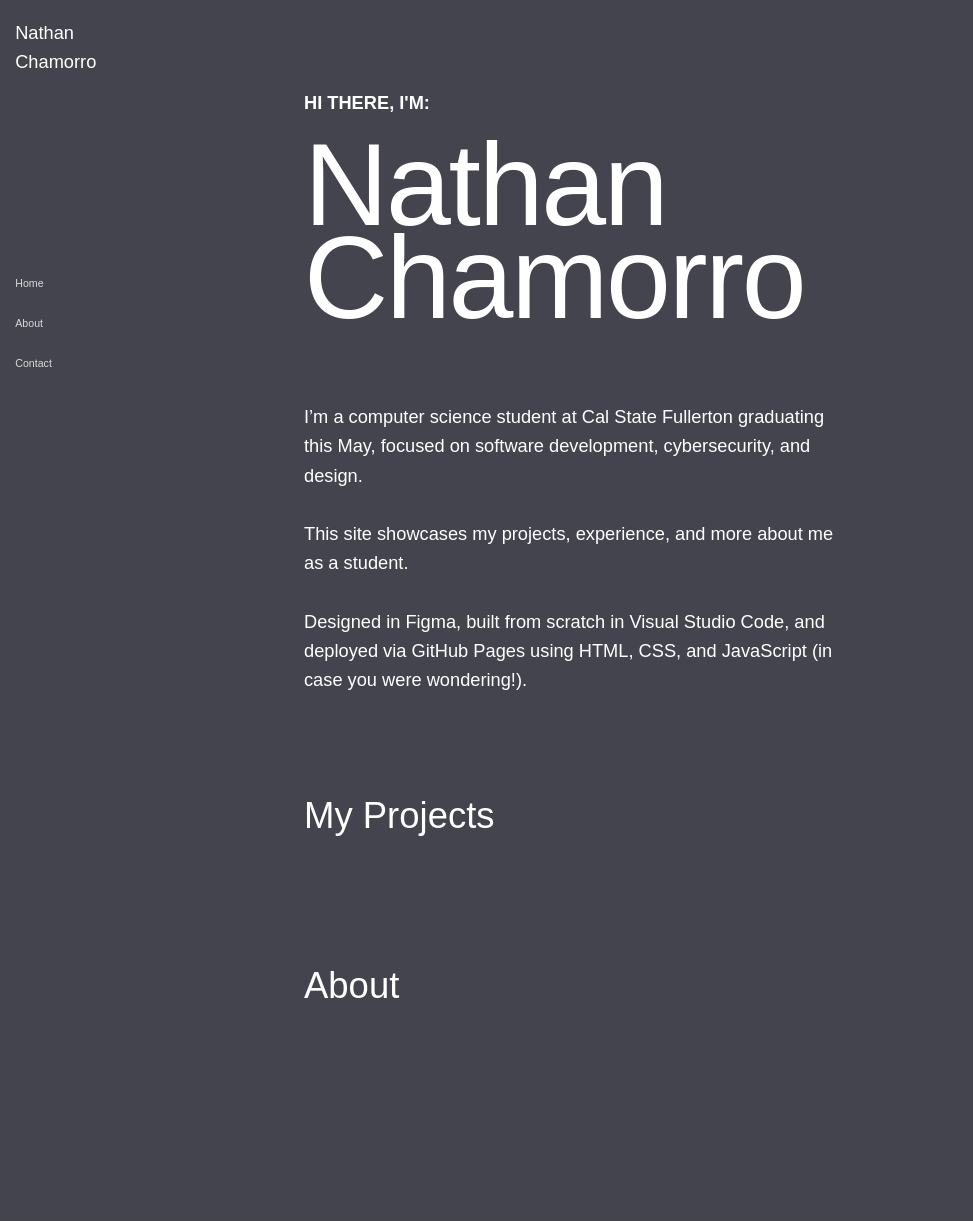
Repository: nathanchamorro1/nathanchamorro1.github.io
Page: index.html
An editor plug-in stored every save of this project. The page is shown before and after the next save, followed by the edit.
The browser window is 1280 px wide. The pictures show the whole page, at 76% of full size.
Some web fonts or font styles are not loaded; a fallback is used.

Above is the page before, as saved 2026-02-17 21:56:45.

After the next save:
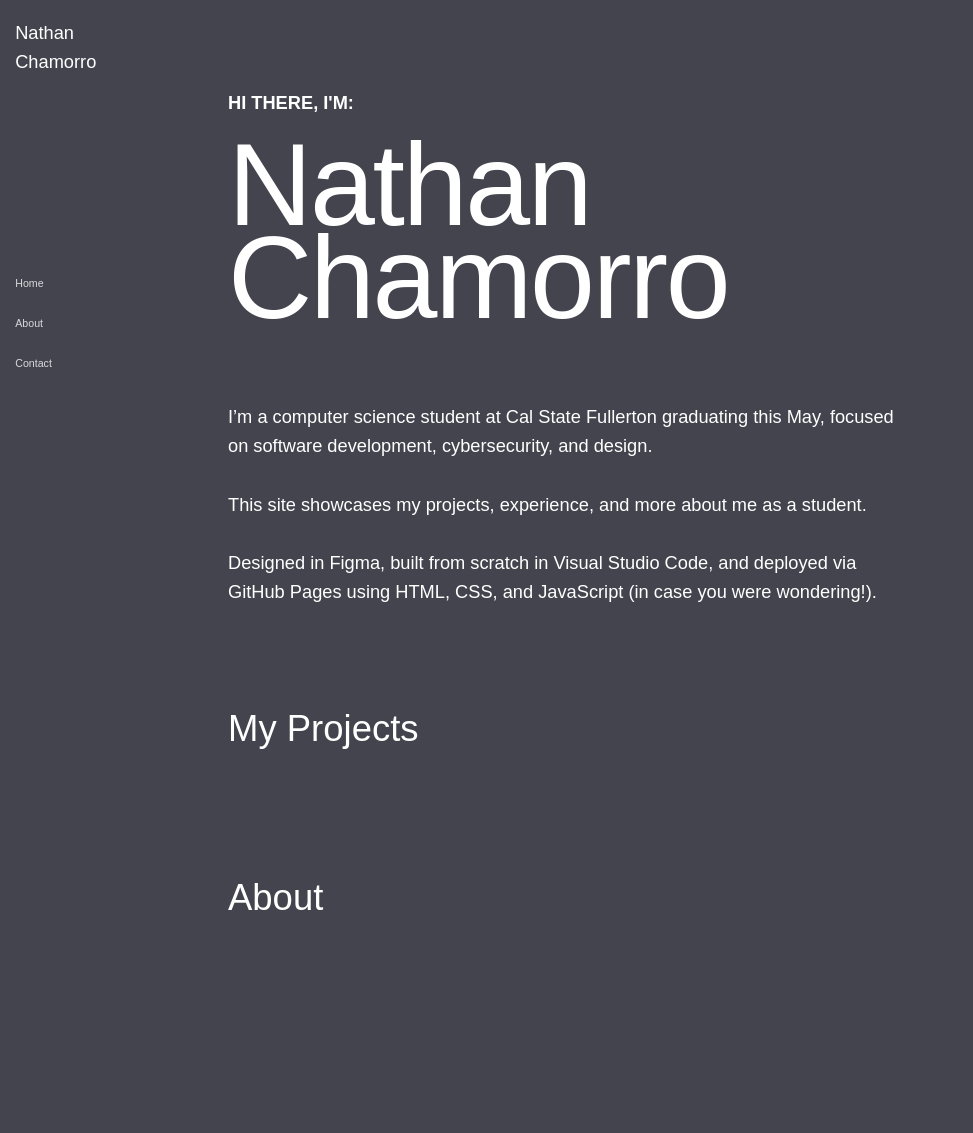
Saved 10 s later.
--- a/css/style.css
+++ b/css/style.css
@@ -11,7 +11,7 @@ body {
 }
 
 .content-wrapper {
-  max-width: 700px;
+  max-width: 900px;
   margin: 0 auto;
   margin-top: 50px;
   padding: 0 40px;
